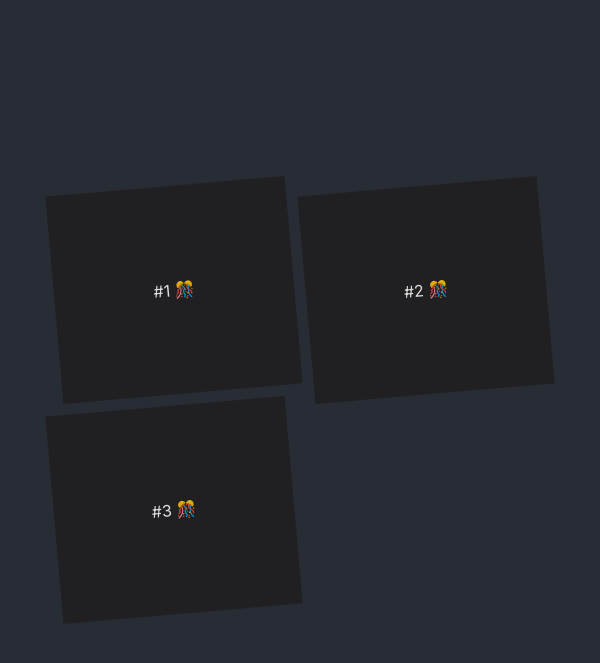
Repository: devsecops-node/simple-play
Page: /recomendations
The author's editor kept a copy of each file at every save. The page is drawn from the files as they stood at one save, then again after the next save.
The browser window is 600 px wide. The pictures show the whole page.
The project was rebuilt for these pictures with package versions that can differ from the ones it lists, and the page was loaded fresh each time. The framework's server and built-in components were replaced by stand-ins that run in the browser. Also part of the build but not shown: next.config.mjs.

Above is the page before, as saved 2024-06-21 18:41:44.

After the next save:
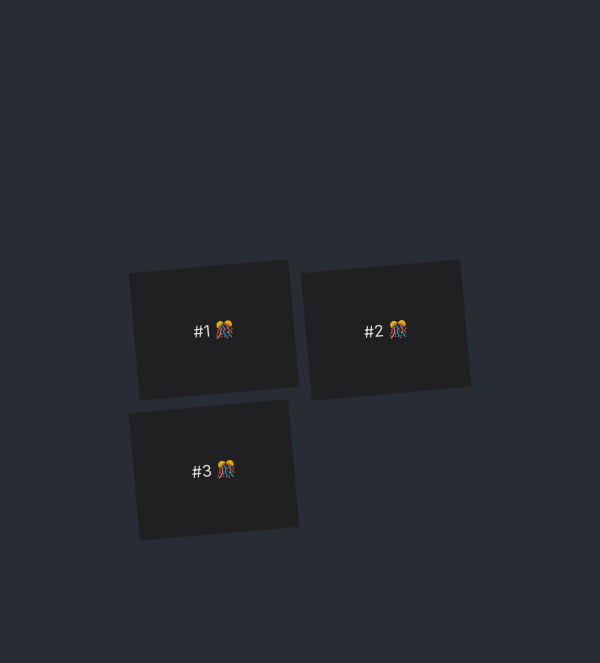
Saved 63 s later.
--- a/src/app/_styles/cards.module.css
+++ b/src/app/_styles/cards.module.css
@@ -32,6 +32,12 @@
   -o-transition: all 0.5s ease-in-out;
   transform: rotate(-5deg);
 }
+@media(max-width:720px){
+  .card{
+    height: 8rem;
+    width: 10rem;
+  }
+}
 
 .card:hover {
   transform: scale(1.2);
